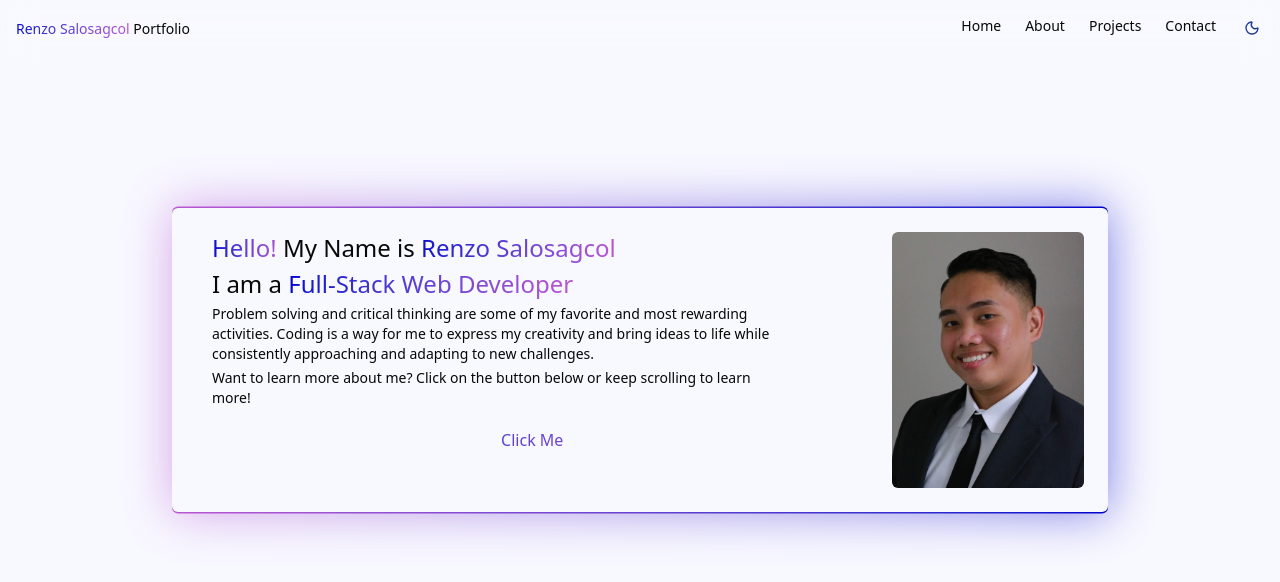
Repository: Renzo-Salosagcol/Updated_Personal_Portfolio
Page: /
These files come from the project's save history. The page is drawn as it stood at one moment and after the next save; the edit follows.
The browser window is 1280 px wide. The pictures show the whole page.
The project was rebuilt for these pictures with package versions that can differ from the ones it lists, and the page was loaded fresh each time. Also part of the build but not shown: vite.config.js, src/pages/NotFound.jsx.

Above is the page before, as saved 2025-10-09 20:14:10.

### index.html
<!doctype html>
<html lang="en">
  <head>
    <meta charset="UTF-8" />
    <link rel="icon" type="image/svg+xml" href="/vite.svg" />
    <meta name="viewport" content="width=device-width, initial-scale=1.0" />
    <title>updated-personal-portfolio</title>
  </head>
  <body>
    <div id="root"></div>
    <script type="module" src="/src/main.jsx"></script>
  </body>
</html>

### src/index.css
@import "tailwindcss";

@theme {
  --color-background: var(--background);
  --color-foreground: var(--foreground);

  --color-primary: var(--primary);
  --color-secondary: var(--secondary);

  --animate-fade-in: fade-in 1s ease-in forwards;
}

@layer base {
  /* Light Theme */
  :root {
    --background: #f8f8ff; /* Ghost White */
    --foreground: #080808; /* Vampire Black */

    --primary: #0000cd; /* Medium Blue */
    --secondary: #ba55d3; /* Medium Orchid */
  }

  /* Dark Theme */
  .dark {
    --background: #080808; /* Vampire Black */
    --foreground: #f8f8ff; /* Ghost White */

    --primary: #ff0800; /* Candy Apple Red */
    --secondary: #fefc22; /* Laser Lemon */
  }

  html {
    @apply scroll-smooth;
  }

  body {
    @apply bg-background text-foreground transition-colors duration-300;
  }
}

@property --gradient-angle {
  syntax: "<angle>";
  initial-value: 0deg;
  inherits: false;
}

@keyframes spin {
  from {
    --gradient-angle: 0deg;
  }
  to {
    --gradient-angle: 360deg;
  }
}

@keyframes fade-in {
  0% {
    opacity: 0;
    transform: translateY(20px);
  }
  100% {
    opacity: 1;
    transform: translateY(0);
  }
}

@utility container {
  margin-inline: auto;
  padding-inline: 1rem;
}

@utility after-gradient-border {
  @apply absolute h-[101%] w-[100%] top-1/2 left-1/2 -translate-x-1/2 -translate-y-1/2 rounded-md -z-10 bg-gradient-to-l from-primary to-secondary;
  content: '';
  /* animation: 3s spin linear infinite; */
}

@utility before-gradient-border {
  @apply after-gradient-border;
  filter: blur(1.5rem);
  opacity: 0.5;
}

@utility after-gradient-button {
  @apply absolute h-[100%] w-[100%] rounded-full bg-gradient-to-l from-primary to-secondary -z-1;
}

@utility gradient-text {
  @apply text-transparent bg-clip-text bg-gradient-to-r from-primary to-secondary;
}

@utility gradient-button {
  @apply relative flex justify-center items-center py-[1em] px-[2em] bg-background/70 border-none gradient-text after:after-gradient-button hover:scale-[105%]
}

@utility gradient-border {
  @apply after:after-gradient-border before:before-gradient-border
}

@utility glassmorphism {
  @apply bg-background/30 backdrop-blur-lg
}

### src/App.jsx
import { BrowserRouter, Routes, Route } from "react-router-dom"
import { Home } from "./pages/Home"
import { NotFound } from "./pages/NotFound"

function App() {
  return (
    <BrowserRouter>
      <Routes>
        <Route path="/" element={<Home />} />
        <Route path="*" element={<NotFound />} />
      </Routes>
    </BrowserRouter>
  )
}

export default App

### src/pages/Home.jsx
import { Background } from "../components/Background"
import { Navbar } from "../components/Navbar"
import { Hero } from "../components/Hero"

export const Home = () => {
  return (
    <div id="home" className="w-full h-screen">
      {/* Background */}
      <Background />


      {/* Navbar */}
      <Navbar />

      {/* Main */}
      <Hero />

      {/* Footer */}
    </div>
  )
}

### src/components/Background.jsx


export const Background = () => {
  return (
    <div className="fixed inset-0 overflow-hidden pointer-events-none -z-40 bg-background w-screen h-screen">
    </div>
  )
}

### src/components/Navbar.jsx
import { ThemeToggle } from './ThemeToggle'

const items = [
  { name: 'Home', href: '#home' },
  { name: 'About', href: '#about' },
  { name: 'Projects', href: '#projects' },
  { name: 'Contact', href: '#contact' },
]

export const Navbar = () => {
  return (
    <nav className="fixed top-0 left-0 w-full p-2 flex items-center justify-between glassmorphism z-40 text-sm md:text-md text-foreground">
      <a href="#home" className="p-2"><span className="gradient-text">Renzo Salosagcol</span> Portfolio</a>
      <ul className="flex gap-6 p-2">
        {items.map(item => (
          <li key={item.name}
            className="hover:gradient-text transition-all duration-300 relative">
            <a href={item.href}>{item.name}</a>
          </li>
        ))}
        <li><ThemeToggle /></li>
      </ul>
    </nav>
  )
}

### src/components/Hero.jsx


export const Hero = () => {
  return (
    <main className="relative min-h-screen flex items-center justify-center max-w-10/12 rounded-md container z-0">
      <div className="z-0 relative gradient-border opacity-0 animate-fade-in">
        <div className="w-full h-full relative container flex justify-between gap-6 rounded-md p-6 bg-background">
          <div className="container flex flex-col gap-1">
            <h1 className="text-lg md:text-xl lg:text-2xl">
              <span className="gradient-text">Hello! </span>
              My Name is
              <span className="gradient-text"> Renzo Salosagcol</span>
            </h1>
            <h1 className="text-lg md:text-xl lg:text-2xl">I am a <span className="gradient-text">Full-Stack Web Developer</span></h1>
            <h3 className="w-md md:w-lg lg:w-xl text-sm">Problem solving and critical thinking are some of my favorite and most rewarding activities. Coding is a way for me to express my creativity and bring ideas to life while consistently approaching and adapting to new challenges.</h3>
            <h3 className="w-md md:w-lg lg:w-xl text-sm">Want to learn more about me? Click on the button below or keep scrolling to learn more!</h3>
            <button className="gradient-button">
              Click Me
            </button>
          </div>
          <div>
            <img
            src="../../headshot.jpeg"
            alt="Headshot Photo"
            className="rounded-md w-64 h-64 object-cover"
            />
          </div>
      </div>
      </div>
    </main>
  )
}

### src/components/ThemeToggle.jsx
import { useState, useEffect } from "react"
import { Sun, Moon } from "lucide-react"

export const ThemeToggle = () => {
  const [isDark, setIsDark] = useState(false)

  useEffect(() => {
    const theme = localStorage.getItem("theme")
    if (theme) {
      setIsDark(theme === "dark")
      document.documentElement.classList.toggle("dark", theme === "dark")
    }
  }, [])

  const toggleTheme = () => {
    setIsDark(!isDark)
    document.documentElement.classList.toggle("dark", !isDark)
    localStorage.setItem("theme", !isDark ? "dark" : "light")
  }

  return (
    <button
      onClick={toggleTheme}
      className="max-sm:hidden p-1 z-50 rounded-full transition-color duration-300 focus:outline-hidden"
    >
      {isDark ? (
        <Sun className="h-4 w-4 text-yellow-300" />
      ) : (
        <Moon className="h-4 w-4 text-blue-900" />
      )}
    </button>

  )
}

Loaded but not shown: src/main.jsx (common file)

After the next save:
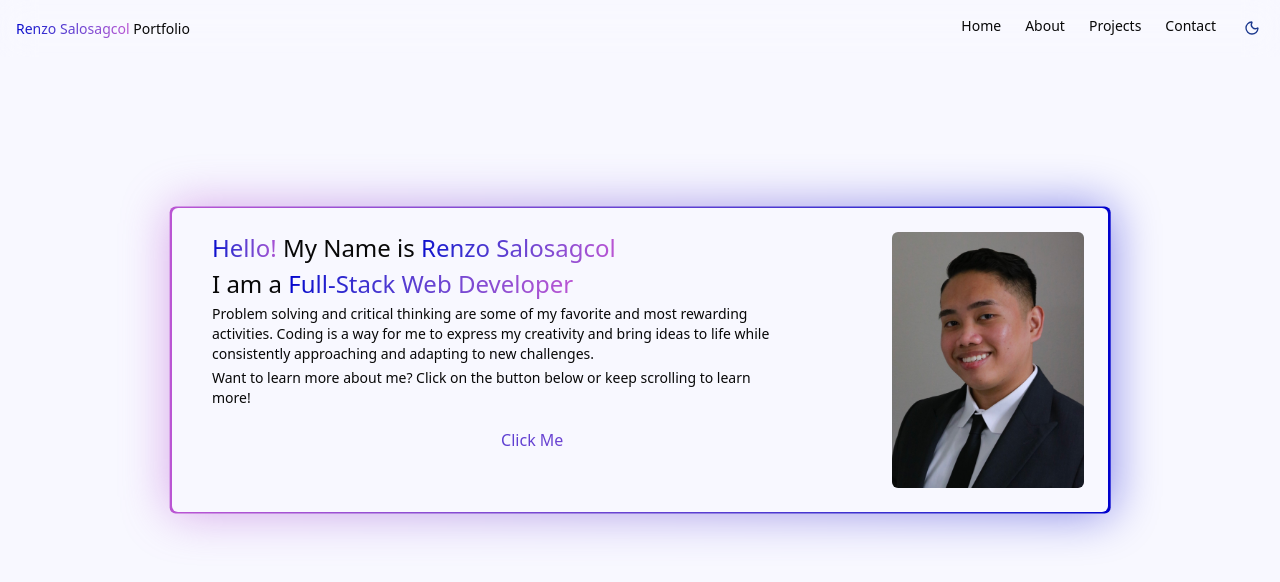
Saved 7 s later.
--- a/src/index.css
+++ b/src/index.css
@@ -70,7 +70,7 @@
 }
 
 @utility after-gradient-border {
-  @apply absolute h-[101%] w-[100%] top-1/2 left-1/2 -translate-x-1/2 -translate-y-1/2 rounded-md -z-10 bg-gradient-to-l from-primary to-secondary;
+  @apply absolute h-[101%] w-[100.5%] top-1/2 left-1/2 -translate-x-1/2 -translate-y-1/2 rounded-md -z-10 bg-gradient-to-l from-primary to-secondary;
   content: '';
   /* animation: 3s spin linear infinite; */
 }
